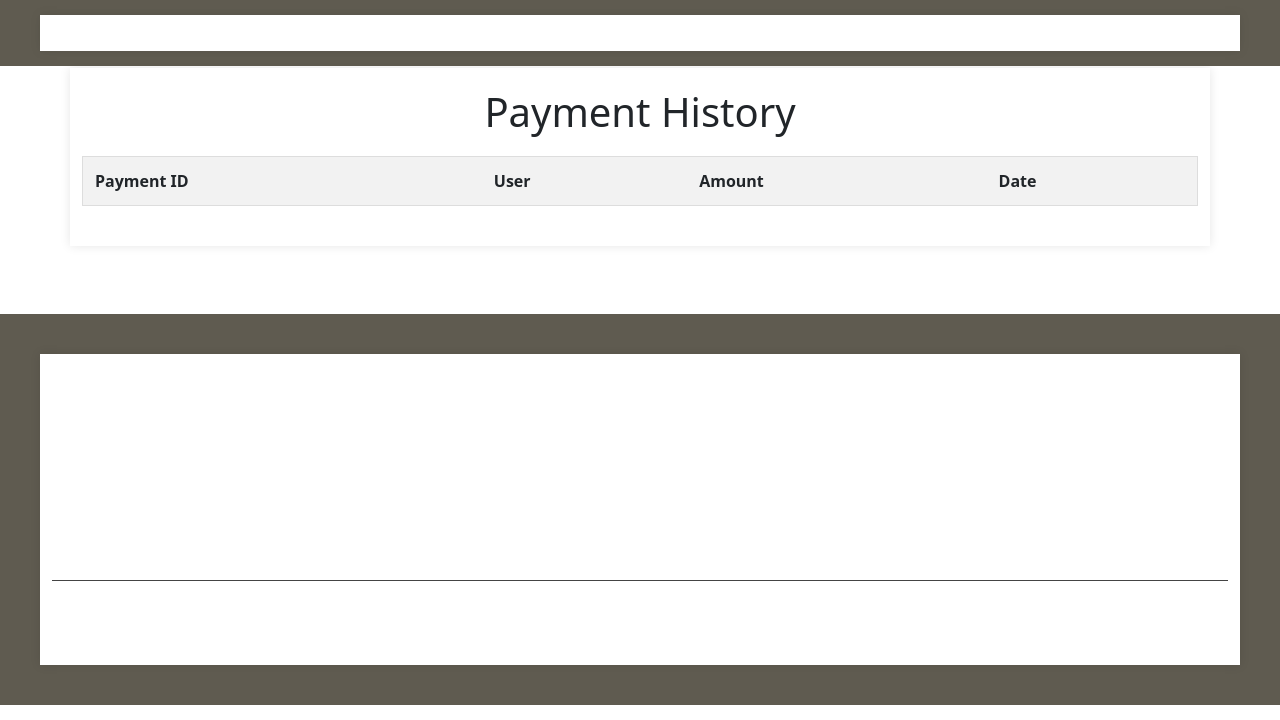
Repository: NagaMounikaY/GroceriesSubscriptionBookingManagement
Page: http://localhost/GroceriesSubBookingSystem/WEB-INF/views/paymentHistory.jsp
An editor plug-in stored every save of this project. The page is shown before and after the next save, followed by the edit.
The browser window is 1280 px wide. The pictures show the whole page.
The page is served by Tomcat 9. Nobody is signed in. The template is opened directly, without the code that normally fills it, so the values that code supplies are empty.

Above is the page before, as saved 2024-09-16 06:39:43.

After the next save:
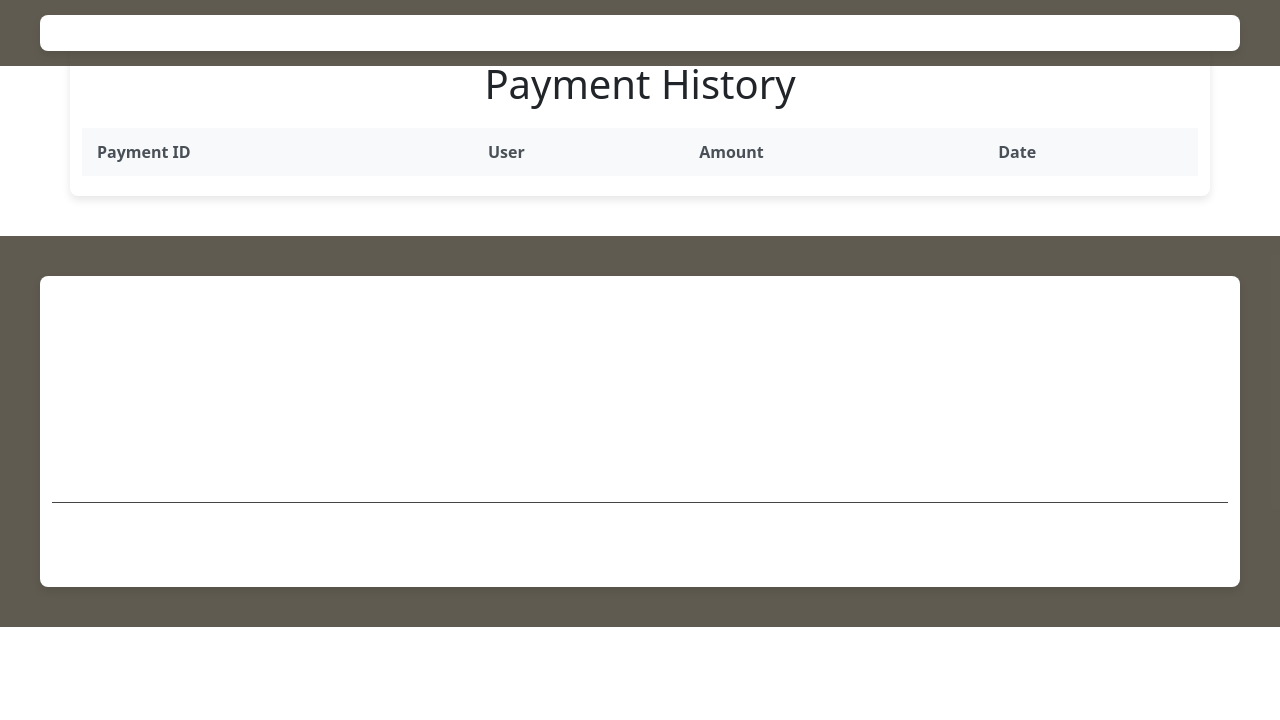
Saved 76 s later.
--- a/GroceriesSubBookingSystem/src/main/webapp/WEB-INF/views/paymentHistory.jsp
+++ b/GroceriesSubBookingSystem/src/main/webapp/WEB-INF/views/paymentHistory.jsp
@@ -7,55 +7,64 @@
 <meta charset="UTF-8">
     <meta name="viewport" content="width=device-width, initial-scale=1.0">
     <title>Payment History</title>
-    <link rel="stylesheet" href="https://stackpath.bootstrapcdn.com/bootstrap/4.3.1/css/bootstrap.min.css">
+    <link rel="stylesheet" href="https://stackpath.bootstrapcdn.com/bootstrap/4.5.2/css/bootstrap.min.css">
     <style>
         body {
-            font-family: Arial, sans-serif;
-            background-color: #f4f4f4;
+            font-family: 'Segoe UI', Tahoma, Geneva, Verdana, sans-serif;
+            background-color: #e9ecef;
             margin: 0;
             padding: 0;
         }
         .container {
-            width: 80%;
-            margin: 20px auto;
+            width: 90%;
+            max-width: 1200px;
+            margin: 40px auto;
             background: #fff;
             padding: 20px;
-            box-shadow: 0 0 10px rgba(0, 0, 0, 0.1);
+            border-radius: 8px;
+            box-shadow: 0 4px 8px rgba(0, 0, 0, 0.1);
         }
         h1 {
             text-align: center;
-            color: #333;
+            color: #343a40;
+            margin-bottom: 20px;
         }
         table {
             width: 100%;
             border-collapse: collapse;
-            margin: 20px 0;
-        }
-        table, th, td {
-            border: 1px solid #ddd;
         }
         th, td {
-            padding: 12px;
+            padding: 12px 15px;
             text-align: left;
+            border-bottom: 1px solid #dee2e6;
         }
         th {
-            background-color: #f2f2f2;
+            background-color: #f8f9fa;
+            color: #495057;
+            font-weight: bold;
         }
         tr:nth-child(even) {
-            background-color: #f9f9f9;
+            background-color: #f8f9fa;
         }
         tr:hover {
-            background-color: #f1f1f1;
+            background-color: #e2e6ea;
         }
         .message {
             text-align: center;
-            color: red;
+            color: #dc3545;
+            margin-bottom: 20px;
+        }
+        .message p {
+            margin: 0;
+            padding: 10px;
+            border-radius: 4px;
+            background-color: #f8d7da;
+            color: #721c24;
         }
     </style>
 </head>
 <body>
- <jsp:include page="/customerHeader.jsp"></jsp:include>
-    <br><br>
+    <jsp:include page="/customerHeader.jsp"></jsp:include>
     <div class="container">
         <h1>Payment History</h1>
         <div class="message">
@@ -87,8 +96,6 @@
     <script src="https://code.jquery.com/jquery-3.5.1.slim.min.js"></script>
     <script src="https://cdn.jsdelivr.net/npm/@popperjs/core@2.9.2/dist/umd/popper.min.js"></script>
     <script src="https://stackpath.bootstrapcdn.com/bootstrap/4.5.2/js/bootstrap.min.js"></script>
-    <br><br>
-
- <jsp:include page="/footer.jsp"></jsp:include>
+    <jsp:include page="/footer.jsp"></jsp:include>
 </body>
 </html>
